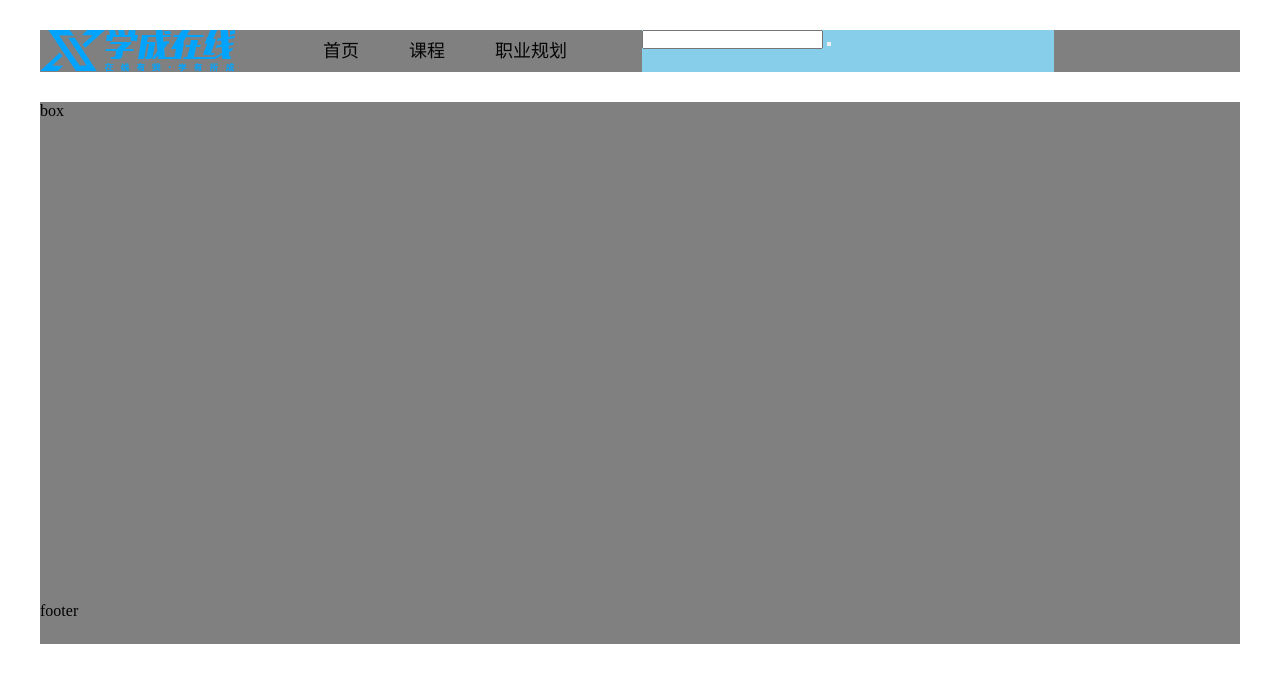
Repository: zhengdeya/web-based
Page: 39-学成在线/index.html
The author's editor kept a copy of each file at every save. The page is drawn from the files as they stood at one save, then again after the next save.
The browser window is 1280 px wide. The pictures show the whole page.

Above is the page before, as saved 2021-04-14 21:10:30.

After the next save:
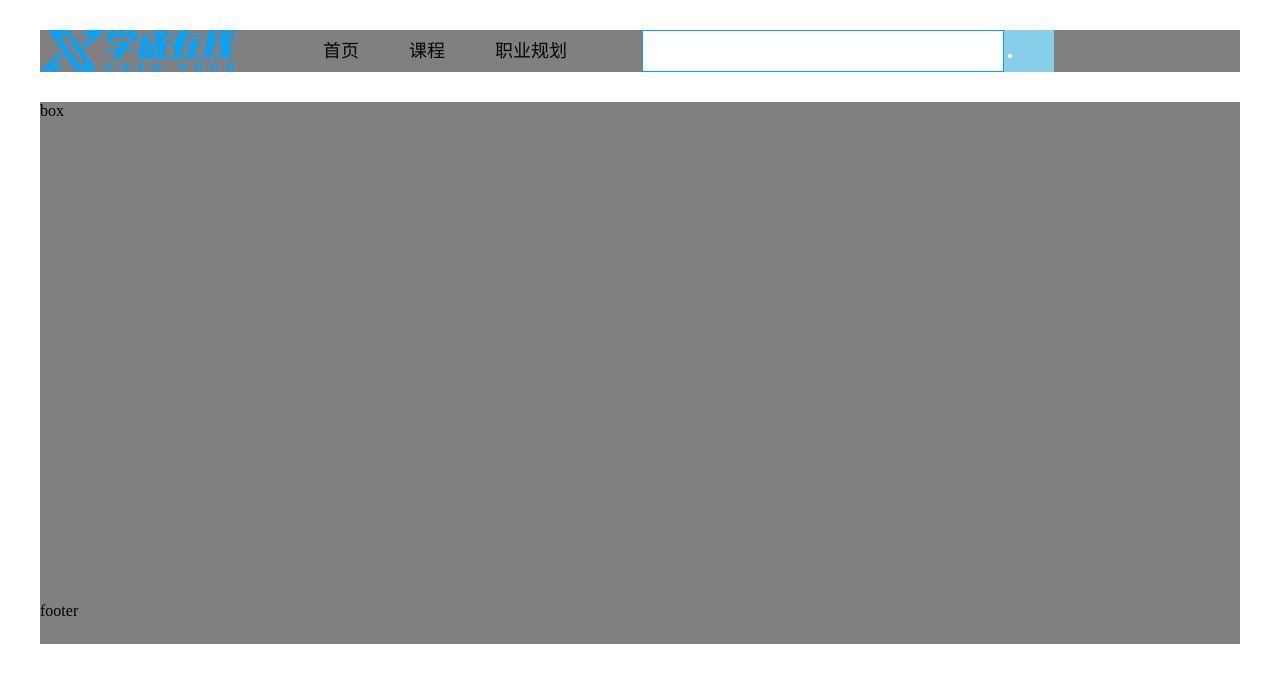
Saved 115 s later.
--- a/39-学成在线/style.css
+++ b/39-学成在线/style.css
@@ -65,7 +65,11 @@ a {
     background-color: skyblue;
 }
 
-.header .search input {}
+.header .search input {
+    width: 360px;
+    height: 40px;
+    border: 1px solid #00a4ff;
+}
 
 .box {
     height: 500px;
